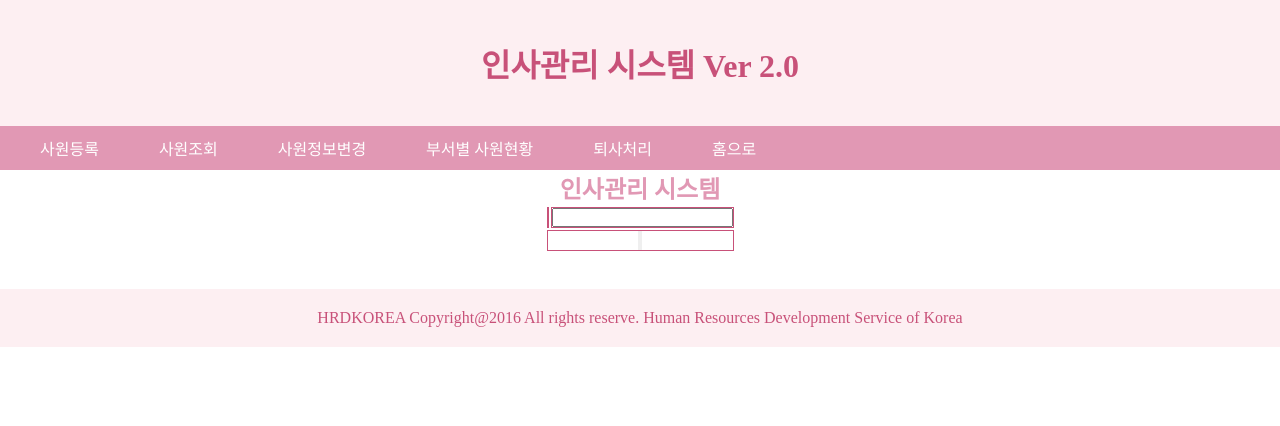
Repository: SeolhwaPark/JSL40_HRDKOREA
Page: http://localhost/HRD_0429/insert.jsp
The author's editor kept a copy of each file at every save. The page is drawn from the files as they stood at one save, then again after the next save.
The browser window is 1280 px wide. The pictures show the whole page.
The page is served by Tomcat 9. Other server files are loaded and not shown.

Above is the page before, as saved 2020-04-29 04:24:26.

### HRD_0429/WebContent/insert.jsp
<%@ page language="java" contentType="text/html; charset=UTF-8"
    pageEncoding="UTF-8"%>
<!DOCTYPE html>
<html>
<head>
<meta charset="UTF-8">
<title>인사관리 시스템 Ver 2.0</title>
<style type="text/css">
*{padding:0;margin:0}
.logo{padding:40px 0; text-align:center; color:#c85179; background-color:#fdeff2}
.navi{padding:10px 0; overflow:hidden;background-color:#e198b4}
.navi ul, li{padding:0 10px; float:left; list-style:none}
a{padding:20px; text-decoration:none; color:#fff}

.section{color:#e198b4}
.title{text-align:center;}
.content{margin:0}
.content table{margin:0 auto}
.content table th,td{text-align:center; color:#e198b4;border:1px solid #c85179}
.btn_group{text-align:center;}

.footer{padding:20px;background-color:#fdeff2}
.footer p{text-align:center;color:#c85179}

</style>
<script type="text/javascript">

</script>
</head>
<body>

<div class="header">
<header>
	<h1 class="logo">인사관리 시스템 Ver 2.0</h1>
	<nav class="navi">
		<ul>
			<li><a href="insert.jsp">사원등록</a></li>
			<li><a href="list.jsp">사원조회</a></li>
			<li><a href="modify.jsp">사원정보변경</a></li>
			<li><a href="view.jsp">부서별 사원현황</a></li>
			<li><a href="select.jsp">퇴사처리</a></li>
			<li><a href="index.jsp">홈으로</a></li>
		</ul>
	</nav>
</header>
</div>
<div class="section">
<section>
	<h2 class="title">인사관리 시스템</h2>
	<div class="content">
		<form name="" method="post" action="">
			<table>
				<tr>
					<th></th>
					<td><input type="text" name="" value="">
					</td>
				</tr>
				<tr>
					<td	colspan="2" class="btn_group">
						<input type="button" value="" onClick="">
					</td>
				</tr>
			</table>
		</form>
	</div>
</section>
</div>
<br><br>
<div class="footer">
<footer>
	<p>HRDKOREA Copyright@2016 All rights reserve. Human Resources Development Service of Korea</p>
</footer>
</div>


</body>
</html>

After the next save:
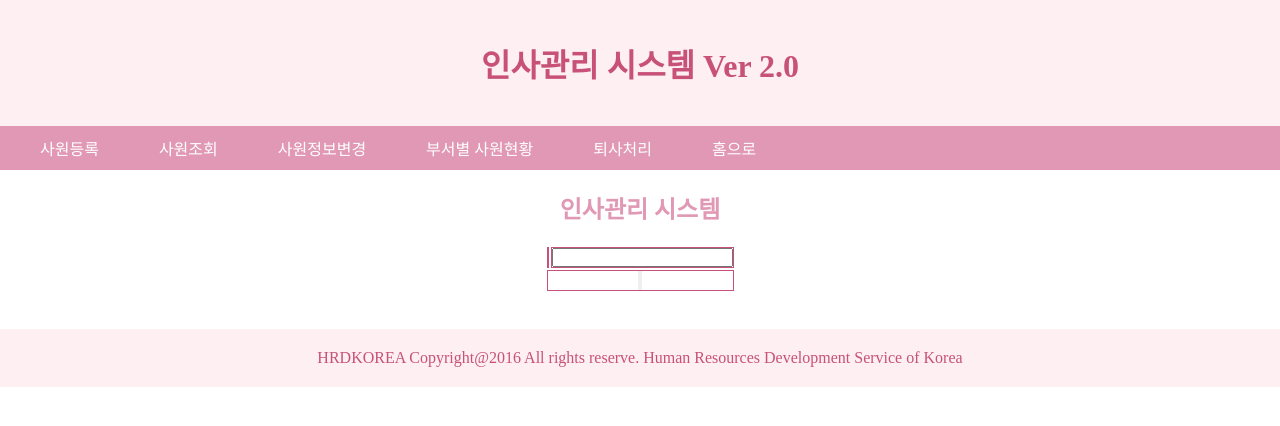
Saved 34 s later.
--- a/HRD_0429/WebContent/insert.jsp
+++ b/HRD_0429/WebContent/insert.jsp
@@ -13,7 +13,7 @@
 a{padding:20px; text-decoration:none; color:#fff}
 
 .section{color:#e198b4}
-.title{text-align:center;}
+.title{text-align:center;padding:20px}
 .content{margin:0}
 .content table{margin:0 auto}
 .content table th,td{text-align:center; color:#e198b4;border:1px solid #c85179}
